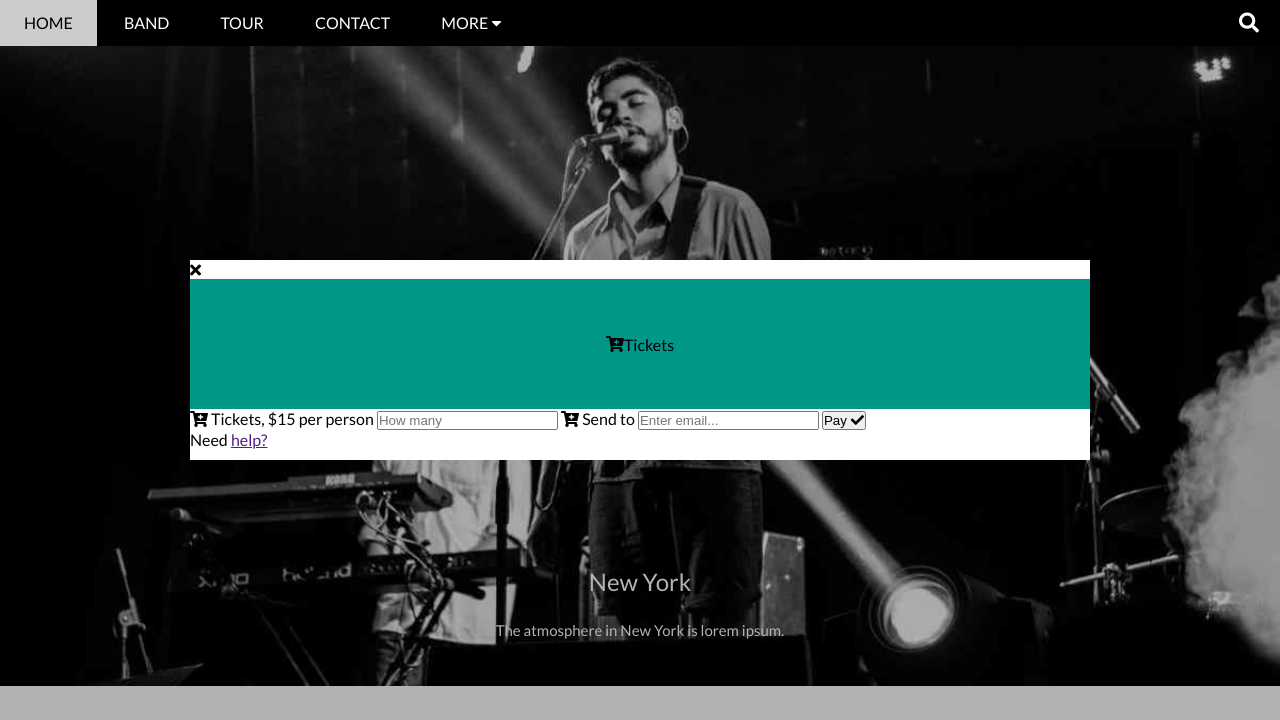
Repository: phunobi1807/theband
Page: index.html
These files come from the project's save history. The page is drawn as it stood at one moment and after the next save; the edit follows.
The browser window is 1280 px wide. The pictures show the window.
A layer covers the whole window, so only the first screen is drawn.

Above is the page before, as saved 2021-07-16 19:48:46.

### index.html
<!DOCTYPE html>
<html lang="en">

<head>
    <meta charset="UTF-8">
    <meta http-equiv="X-UA-Compatible" content="IE=edge">
    <meta name="viewport" content="width=device-width, initial-scale=1.0">
    <title>Document</title>
    <link rel="icon" href="favicon.ico" type="/assets/img/bandmember.jpg" />
    <link rel="stylesheet" href="./assets/css/style.css">
    <link rel="stylesheet" href="https://use.fontawesome.com/releases/v5.15.3/css/all.css"
        integrity="sha384-SZXxX4whJ79/gErwcOYf+zWLeJdY/qpuqC4cAa9rOGUstPomtqpuNWT9wdPEn2fk" crossorigin="anonymous">
</head>

<body>
    <div id="main">
        <div id="header">
            <!-- Begin: Nav  -->
            <ul id="nav">
                <li><a href="">Home</a></li>
                <li><a href="">Band</a></li>
                <li><a href="">Tour</a></li>
                <li><a href="">Contact</a></li>
                <li>
                    <a href="">
                        More
                        <i class="fa fa-caret-down"></i>

                    </a>
                    <ul class="subnav">
                        <li><a href="">Merchandise</a></li>
                        <li><a href="">Extras</a></li>
                        <li><a href="">Media</a></li>
                    </ul>
                </li>
            </ul>
            <!-- END: Nav  -->


            <!-- Begin: Search  -->
            <div class="search-btn">
                <i class="search-icon fas fa-search"></i>
            </div>
            <!-- END: Search  -->
        </div>

        <div id="slider">
            <div class="text-content">
                <h2 class="text-heading">
                    New York
                </h2>
                <div class="text-description">
                    The atmosphere in New York is lorem ipsum.
                </div>
            </div>
        </div>

        <div id="content">

            <!-- About Section  -->
            <div class="content-section">
                <h2 class="section-heading">
                    THE BAND
                </h2>
                <p class="section-sub-heading">
                    We love music
                </p>
                <p class="about-text">
                    We have created a fictional band website. Lorem ipsum dolor sit amet, consectetur adipiscing elit,
                    sed do eiusmod tempor incididunt ut labore et dolore magna aliqua. Ut enim ad minim veniam, quis
                    nostrud exercitation ullamco laboris nisi ut aliquip
                    ex ea commodo consequat. Duis aute irure dolor in reprehenderit in voluptate velit esse cillum
                    dolore eu fugiat nulla pariatur. Excepteur sint occaecat cupidatat non proident, sunt in culpa qui
                    officia deserunt mollit anim id est laborum consectetur
                    adipiscing elit, sed do eiusmod tempor incididunt ut labore et dolore magna aliqua. Ut enim ad minim
                    veniam, quis nostrud exercitation ullamco laboris nisi ut aliquip ex ea commodo consequat.
                </p>
                <div class="members-list">
                    <div class="member-item">
                        <p class="member-name">
                            Name
                        </p>
                        <img src="./assets/img/bandmember.jpg" alt="Name" class="member-img">
                    </div>
                    <div class="member-item">
                        <p class="member-name">
                            Name
                        </p>
                        <img src="./assets/img/bandmember.jpg" alt="Name" class="member-img">
                    </div>
                    <div class="member-item">
                        <p class="member-name">
                            Name
                        </p>
                        <img src="./assets/img/bandmember.jpg" alt="Name" class="member-img">
                    </div>
                </div>
                <div class="clear"></div>
            </div>

            <!-- Tour Section  -->
            <div class="tour-section">
                <div class="content-section">
                    <h2 class="section-heading text-white">
                        TOUR DATES
                    </h2>
                    <p class="section-sub-heading text-white">
                        Remember to book your tickets!
                    </p>
                    <ul class="tickets-list">
                        <li>September <span class="sold-out">Sold out</span></li>
                        <li>October <span class="sold-out">Sold out</span></li>
                        <li>November <span class="quantity">3</span></li>
                    </ul>
                    <!-- Places  -->
                    <div class="places-list">
                        <div class="place-item">
                            <img src="./assets/img/place1.jpg" alt="New York" class="place-img">
                            <div class="place-body">
                                <h3 class="place-heading">
                                    New York
                                </h3>
                                <p class="place-time">
                                    Fri 27 Nov 2016
                                </p>
                                <p class="place-description">
                                    Praesent tincidunt sed tellus ut rutrum sed vitae justo.
                                </p>
                                <a href="#" class="place-buy-btn" onclick="myFunction()">Buy Tickets</a>
                            </div>
                        </div>
                        <div class="place-item">
                            <img src="./assets/img/place2.jpg" alt="New York" class="place-img">
                            <div class="place-body">
                                <h3 class="place-heading">
                                   Paris
                                </h3>
                                <p class="place-time">
                                    Fri 28 Nov 2016
                                </p>
                                <p class="place-description">
                                    Praesent tincidunt sed tellus ut rutrum sed vitae justo.
                                </p>
                                <a href="#" class="place-buy-btn" onclick="myFunction()">Buy Tickets</a>
                            </div>
                        </div>
                        <div class="place-item">
                            <img src="./assets/img/place3.jpg" alt="New York" class="place-img">
                            <div class="place-body">
                                <h3 class="place-heading">
                                    San Francisco
                                </h3>
                                <p class="place-time">
                                    Fri 29 Nov 2016
                                </p>
                                <p class="place-description">
                                    Praesent tincidunt sed tellus ut rutrum sed vitae justo.
                                </p>
                                <a href="#" class="place-buy-btn" onclick="myFunction()">Buy Tickets</a>
                            </div>
                        </div>
                        <div class="clear"></div>
                    </div>
                </div>
            </div>

            <!-- Contact Section  -->
            <div class="content-section">
                <h2 class="section-heading">
                    CONTACT
                </h2>
                <p class="section-sub-heading">
                    Fan? Drop a note!
                </p>
            </div>
        </div>


        <div id="footer">

        </div>
    </div>
    <div class="modal">
            <div class="modal-container">
                <div class="modal-close">
                    <i class="fas fa-times"></i>
                </div>
                <header class="modal-header">
                    <i class="fas fa-cart-plus"></i>
                    Tickets
                </header>
                <div class="modal-body">
                    <label for="" class="modal-label">
                        <i class="fas fa-cart-plus"></i>
                        Tickets, $15 per person
                    </label>
                    <input type="text" class="modal-input" placeholder="How many">

                    <label for="" class="modal-label">
                        <i class="fas fa-cart-plus"></i>
                        Send to
                    </label>
                    <input type="email" class="modal-input" placeholder="Enter email...">

                    <button id="buy-tickets">
                        Pay
                        <i class="fas fa-check"></i>
                    </button>
                </div>

                <footer class="modal-footer">
                    <p class="modal-help">
                        Need
                        <a href="">help?</a>
                    </p>
                </footer>
            </div>
    </div>

</body>

</html>

### assets/css/style.css
/* Reset CSS  */
@import url(https://fonts.googleapis.com/css2?family=Lato:wght@100;200;300;400;500;600;800;900&display=swap);
*
{
    padding: 0;
    margin: 0;
    box-sizing: border-box;
}

html
{
    scroll-behavior: smooth;
    font-family: 'Lato', sans-serif;
}
/*
1.Từ ngoài vào trong
2.Từ trên xuống dưới
3.Tổng quan đến chi tiết
 */


/* 1.Vị trí
    2.Kích thướt
    3.Màu sắc
    4.Kiểu dáng
 */
 .clear
 {
     clear: both;
 }
.text-white
{
    color: #fff !important;
}




 #header
 {
    height: 46px;
    background-color: #000;
    position: fixed;
    top: 0;
    left: 0;
    right: 0;
    z-index: 1;
 }

 #nav
 {
     display: inline-block;
 }
 #nav, .subnav
 {
     list-style-type: none;
 }

 #nav > li
 {
    display: inline-block;
 }

 #nav li
 {

     position: relative;

 }
 #nav >  li:hover > a,
 #nav .subnav li:hover a
 {
     color: #000;
     background-color: #ccc;
 }

 #nav > li > a
 {
    color: #fff;
    text-transform: uppercase;
 }
 #nav li a
 {
    line-height: 46px;
    padding: 0px 24px;
    text-decoration: none;
    display: block;
 }
 #nav li:hover .subnav
 {
     display: block;
 }
 #nav .subnav
 {
     display: none;
     min-width: 160px;
     position: absolute;
     top: 100%;
     background-color: #fff;
     box-shadow: 0 0 10px rgba(0, 0, 0, 0.3);
 }
 #nav .subnav a
 {
     color: #000;
     padding: 0px 12px;
     line-height: 38px;
 }


 #header .search-btn
{
    float: right;
    padding: 0px 21px;
}
#header .search-btn:hover
{
    background-color: #f44336;
    cursor: pointer;
}

#header .search-icon
{
    color: #fff;
    font-size: 20px;
    line-height: 46px;


}
 #slider
 {
   position: relative;
   margin-top: 46px;
   padding-top: 50%;
   background: url('/assets/img/chicago.jpg') center / cover no-repeat ;
 }

#slider .text-content
{
    position: absolute;
    bottom: 47px;
    color: #fff;
    text-align: center;
    width: 100%;
}

#slider .text-heading
{
    font-weight: 500;
    font-size: 24px;
}

#slider .text-description
{
    font-size: 15px;
    margin-top: 25px;
}


 #content
 {

 }

 #content .content-section
 {
     width: 800px;
     padding: 64px 0px;
     margin: auto;
 }

 #content .section-heading
 {
     font-size: 30px;
     text-align: center;
     font-weight: 500;
     letter-spacing: 4px;
 }
 #content .section-sub-heading
 {
     font-size: 15px;
     text-align: center;
     margin: 25px 0px;
     font-style: italic;
     opacity: 0.6;

 }

 #content .about-text
 {
     font-size: 15px;
     text-align: justify;
     line-height: 1.4;
 }
 #content .members-list
 {
     margin-top: 48px;
 }

 #content .member-item
 {
     float: left;
     width: 33.3333333%;
     text-align: center;
 }

 #content .member-name
 {
     font-size: 15px;

 }
 #content .member-img
{
    margin-top: 15px;
    width: 154px;
    border-radius: 4px;
}

/* Tour section  */
.tour-section
{
    background-color: #000;
}
.tickets-list
{
    background-color: #fff;
    margin-top: 40px;
}

.tickets-list li
{
    color: #757575;
    font-size: 15px;
    padding: 11px 16px;
    list-style-type: none;
    border-bottom: 1px solid #ddd;
}
.tickets-list .sold-out
{
background-color: #f44336;
color: #fff;
padding: 3px 4px;
margin-left: 16px;
}
.tickets-list .quantity
{
    float: right;
    width: 24px;
    height: 24px;
    background-color: #000;
    color: #fff;
    border-radius: 50%;
    text-align: center;
    line-height: 24px;
    margin-top: -2px;
}

/* Places  */
.places-list
{
    margin: 32px -8px 0px;
    padding-bottom: 48px;
}
.place-item
{
    float: left;
    width: 33.333333%;
    padding: 0px 8px;
}
.place-img
{
    width: 100%;
    display: block;
}
.place-img:hover
{
    opacity: 0.6;
}
.place-body
{
    padding: 16px;
    font-size: 15px;
    background-color: #fff;
}
.place-heading
{
   font-size: 15px;
   font-weight: 600;
}
.place-time
{
    margin-top: 15px;
    color: #757575;
}
.place-description
{
    margin-top: 15px;
    line-height: 1.4;
}
.place-buy-btn
{
    color: #fff;
    background-color: #000;
    text-decoration: none;
    padding: 11px 16px;
    display: inline-block;
    margin-top: 15px;
}
.place-buy-btn:hover
{
    color: #000;
    background-color: #ccc;
}
 #footer
 {

 }

 .modal
 {
     position: fixed;
     top: 0;
     right: 0;
     bottom: 0;
     left: 0;
     background-color: rgba(0,0,0,0.3);
     display: flex;
     align-items: center;
     justify-content: center;
 }
.modal-container
{
    background: #fff;
    width: 900px;
    min-height: 200px;
}
 header.modal-header
 {
     background: #009688;
     height:130px;
     display: flex;
     align-items: center;
     justify-content: center;
 }

After the next save:
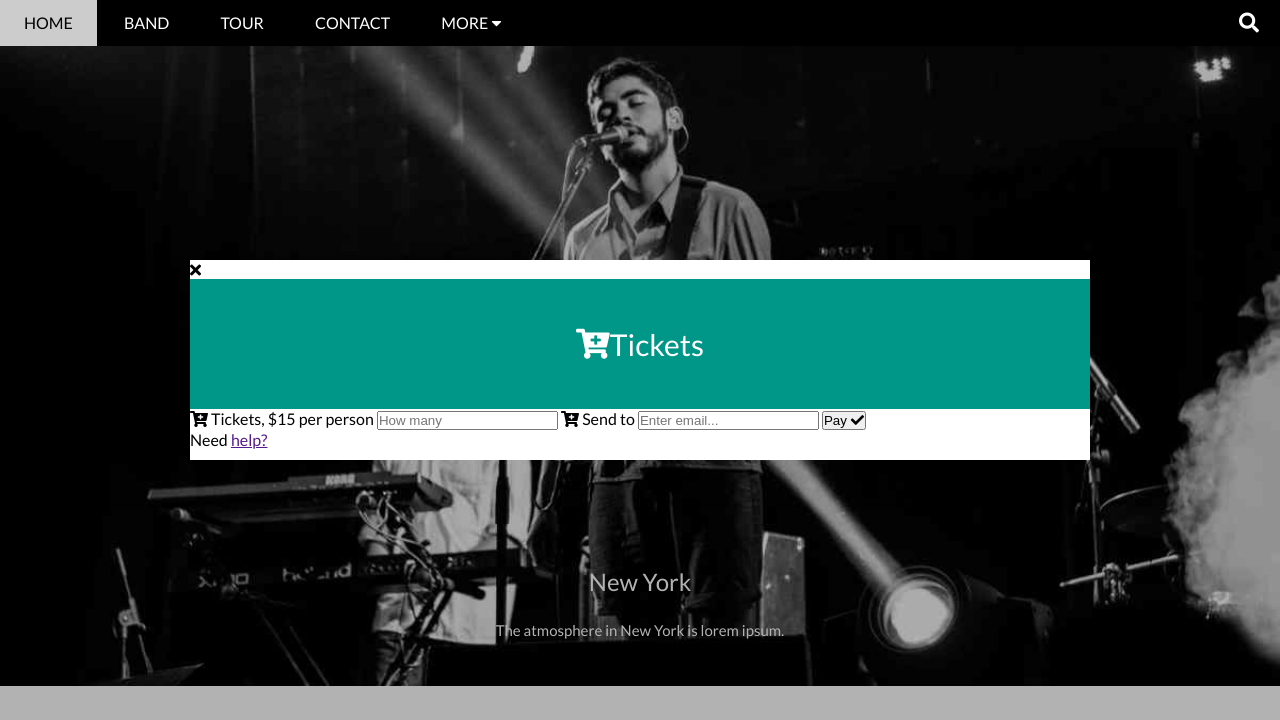
Saved 13 s later.
--- a/assets/css/style.css
+++ b/assets/css/style.css
@@ -340,4 +340,6 @@ margin-left: 16px;
      display: flex;
      align-items: center;
      justify-content: center;
- }
+     font-size: 30px;
+     color: #fff;
+ }
